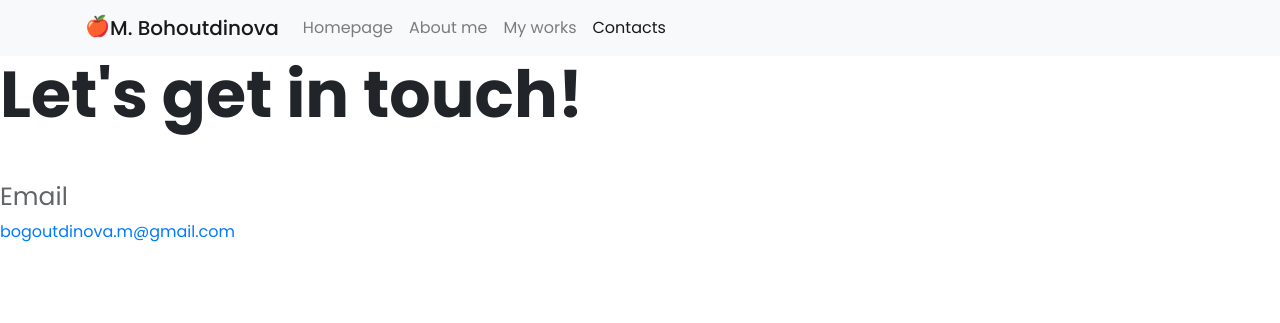
Repository: Bohoutdinova/Portfolio_week-4
Page: contact.html
An editor plug-in stored every save of this project. The page is shown before and after the next save, followed by the edit.
The browser window is 1280 px wide. The pictures show the whole page.

Above is the page before, as saved 2022-08-15 11:03:11.

After the next save:
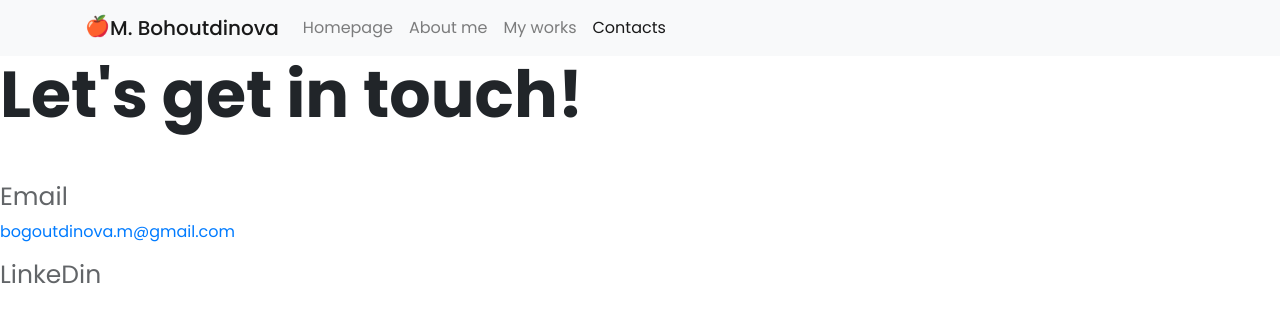
Saved 32 s later.
--- a/contact.html
+++ b/contact.html
@@ -87,8 +87,12 @@
       <h1 class="head-contacts mb-5">Let's get in touch!</h1>
       <h3>Email</h3>
       <p class="contacts-p">
-        <a href="mailto:bogoutdinova.m@gmail.com">bogoutdinova.m@gmail.com</a>
+        <a href="mailto:bogoutdinova.m@gmail.com" title="mailto"
+          >bogoutdinova.m@gmail.com</a
+        >
       </p>
+      <h3>LinkeDin</h3>
+      <p></p>
     </div>
   </body>
 </html>
